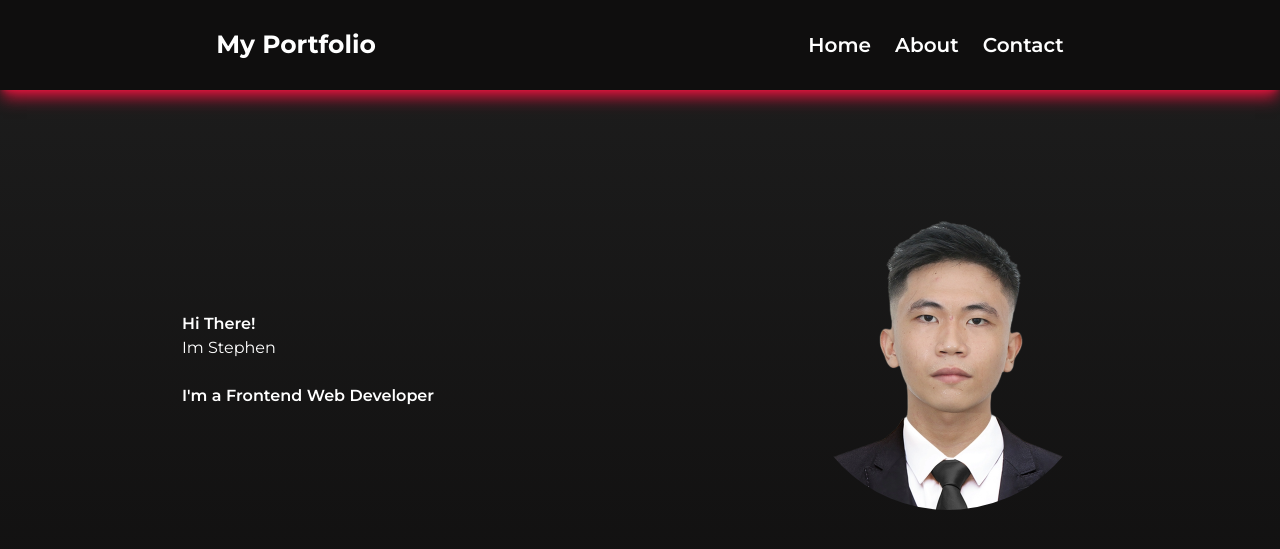
Repository: KaguyaKawaii/portfolio
Page: / (app in frontend/)
An editor plug-in stored every save of this project. The page is shown before and after the next save, followed by the edit.
The browser window is 1280 px wide. The pictures show the whole page.
The project was rebuilt for these pictures with package versions that can differ from the ones it lists, and the page was loaded fresh each time. Also part of the build but not shown: frontend/vite.config.js.

Above is the page before, as saved 2025-10-27 23:53:22.

After the next save:
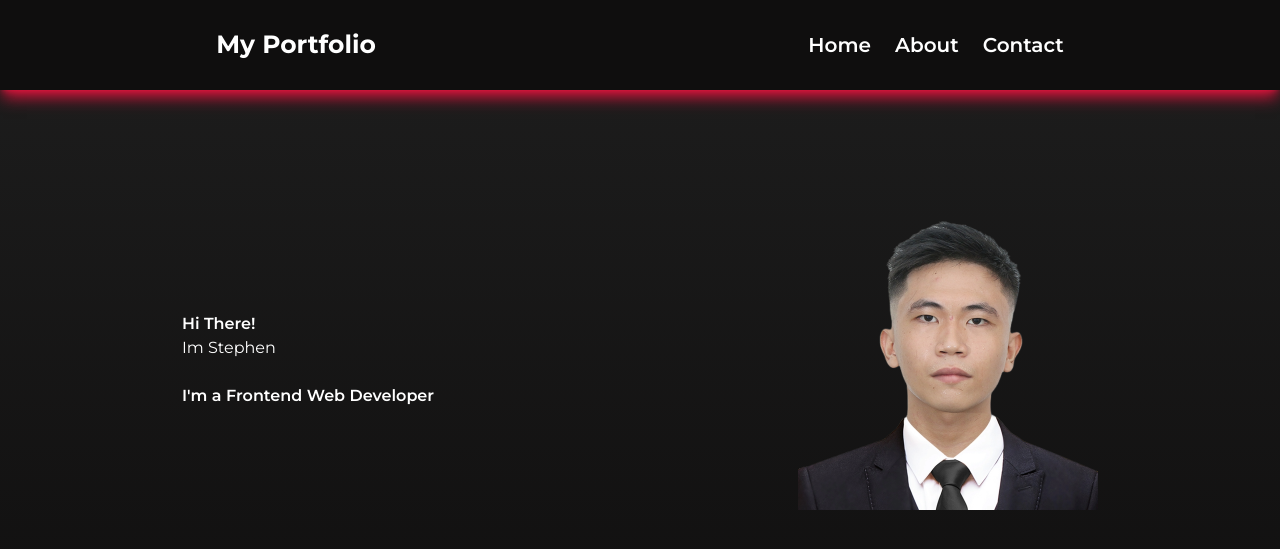
Saved 6 s later.
--- a/frontend/src/App.jsx
+++ b/frontend/src/App.jsx
@@ -29,7 +29,7 @@
           </div>
 
           <div>
-            <img src={pic} alt="profile" className='w-[300px] h-[300px] rounded-full object-cover' />
+            <img src={pic} alt="profile" className='w-[300px] h-[300px]  object-cover' />
           </div>
         </div>
       </body>
